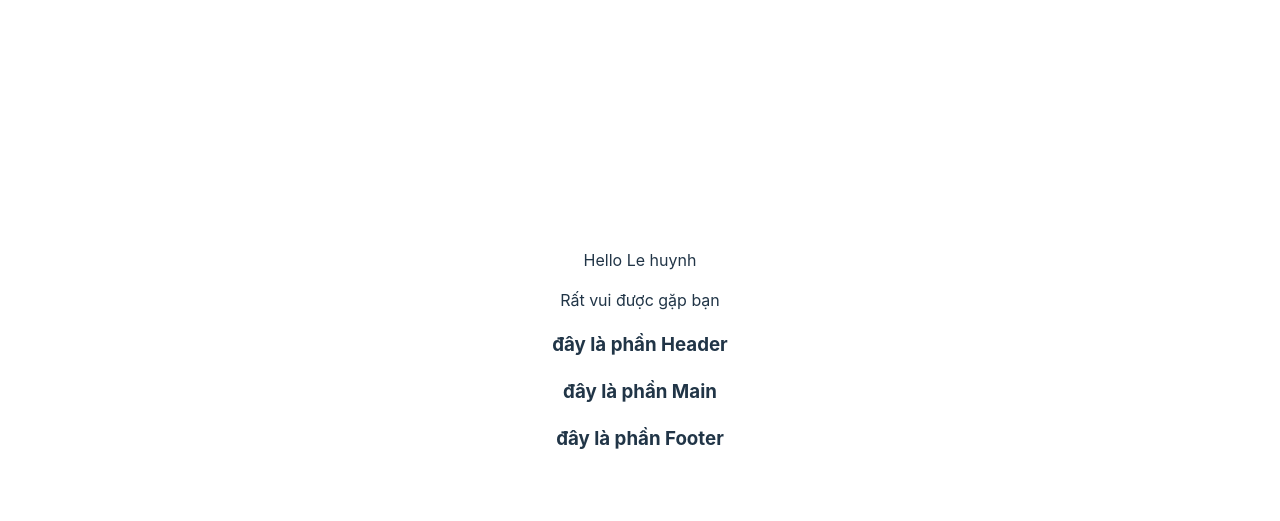
Repository: Lehuyhuynh/BT_ReactJs
Page: / (app in vite-project/)
An editor plug-in stored every save of this project. The page is shown before and after the next save, followed by the edit.
The browser window is 1280 px wide. The pictures show the whole page.
The project was rebuilt for these pictures with package versions that can differ from the ones it lists, and the page was loaded fresh each time. Also part of the build but not shown: vite-project/vite.config.js.

Above is the page before, as saved 2023-09-25 14:00:45.

After the next save:
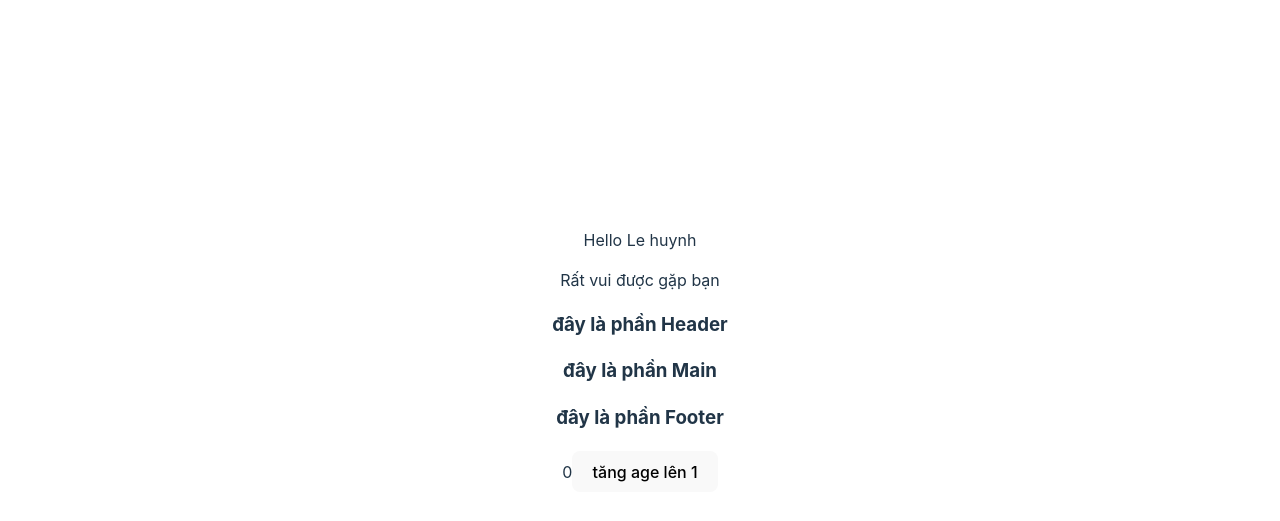
Saved 35 s later.
--- a/vite-project/src/App.jsx
+++ b/vite-project/src/App.jsx
@@ -1,5 +1,6 @@
 import HelloWorld from "./BaiHoc9/HelloWorld";
 import BTH2 from "./BaiHoc9/BTH2";
+import BTH3 from "./BaiHoc9/BTH3.JSX";
 import "./App.css";
 
 function App() {
@@ -7,6 +8,7 @@ function App() {
     <>
       <HelloWorld></HelloWorld>
       <BTH2></BTH2>
+      <BTH3></BTH3>
     </>
   );
 }
